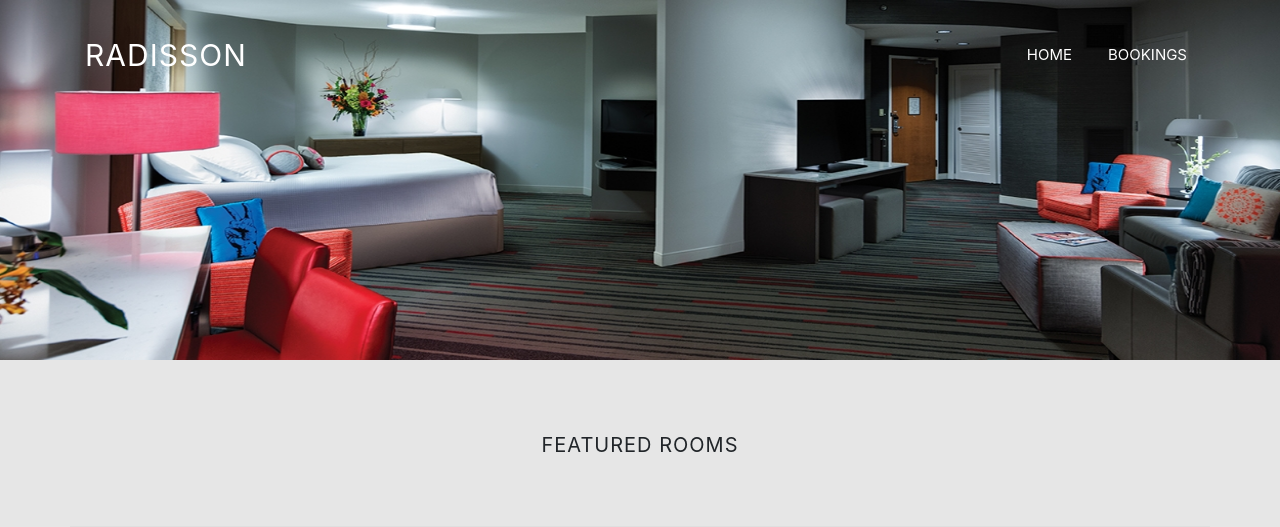
Repository: kapsky5/HotelManagement
Page: rooms.html
An editor plug-in stored every save of this project. The page is shown before and after the next save, followed by the edit.
The browser window is 1280 px wide. The pictures show the part of the page from y = 0 to 527 px (the page is 2306 px tall before and 2309 px after).
Pictures or frames that could not be fetched are drawn as grey boxes. Some web libraries are served in a nearby version.

Above is the page before, as saved 2019-10-21 00:19:34.

After the next save:
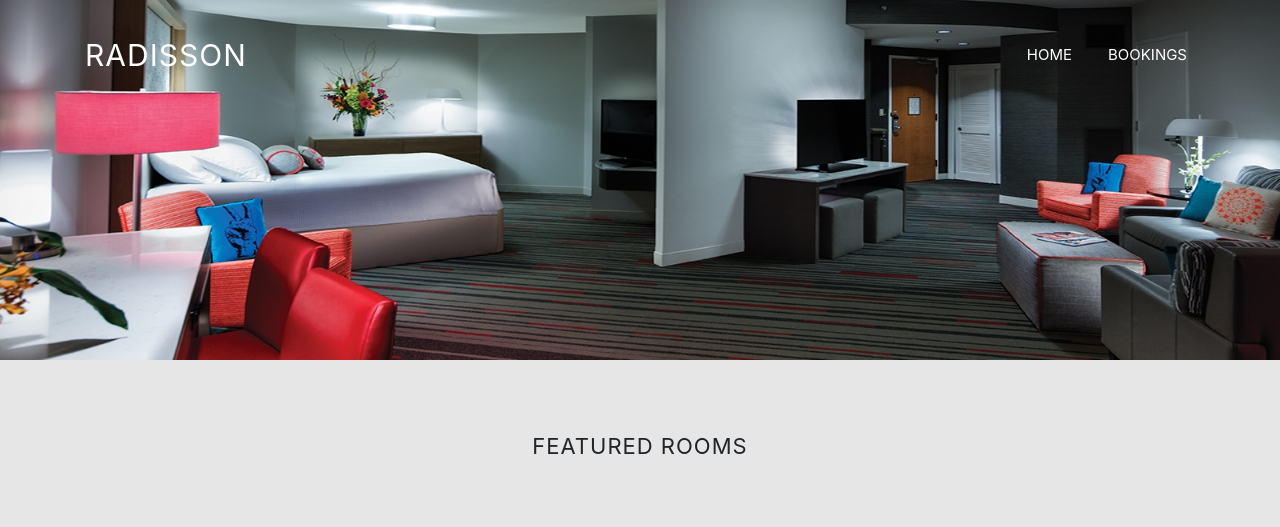
Saved 13 s later.
--- a/css/main.css
+++ b/css/main.css
@@ -127,7 +127,7 @@
 }
 .heading1{
     text-transform: uppercase;
-    font-size: 20px;
+    font-size: 22px;
     letter-spacing: 1px;
 }
 .room-img{
